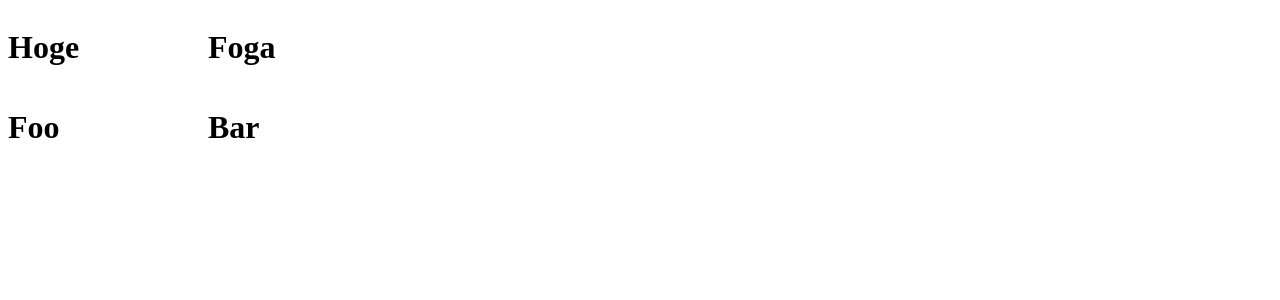
Repository: IkutoHiroki/samurai_HTML_CSS
Page: grid_Sample1.html
The author's editor kept a record of every edit. The page is drawn from the files as they stood at one moment, then again after the next edit.
The browser window is 1280 px wide. The pictures show the whole page.

Above is the page before.

After the next edit:
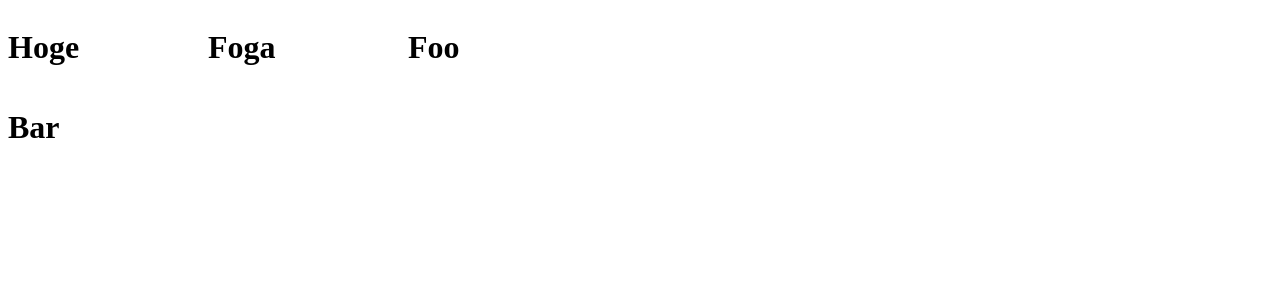
The edit:
--- a/grid_Sample1.html
+++ b/grid_Sample1.html
@@ -7,7 +7,7 @@
     <style>
         #grid{
             display:grid;
-            grid-template-columns:200px 200px;
+            grid-template-columns:200px 200px 200px;
         }
     </style>
 </head>
